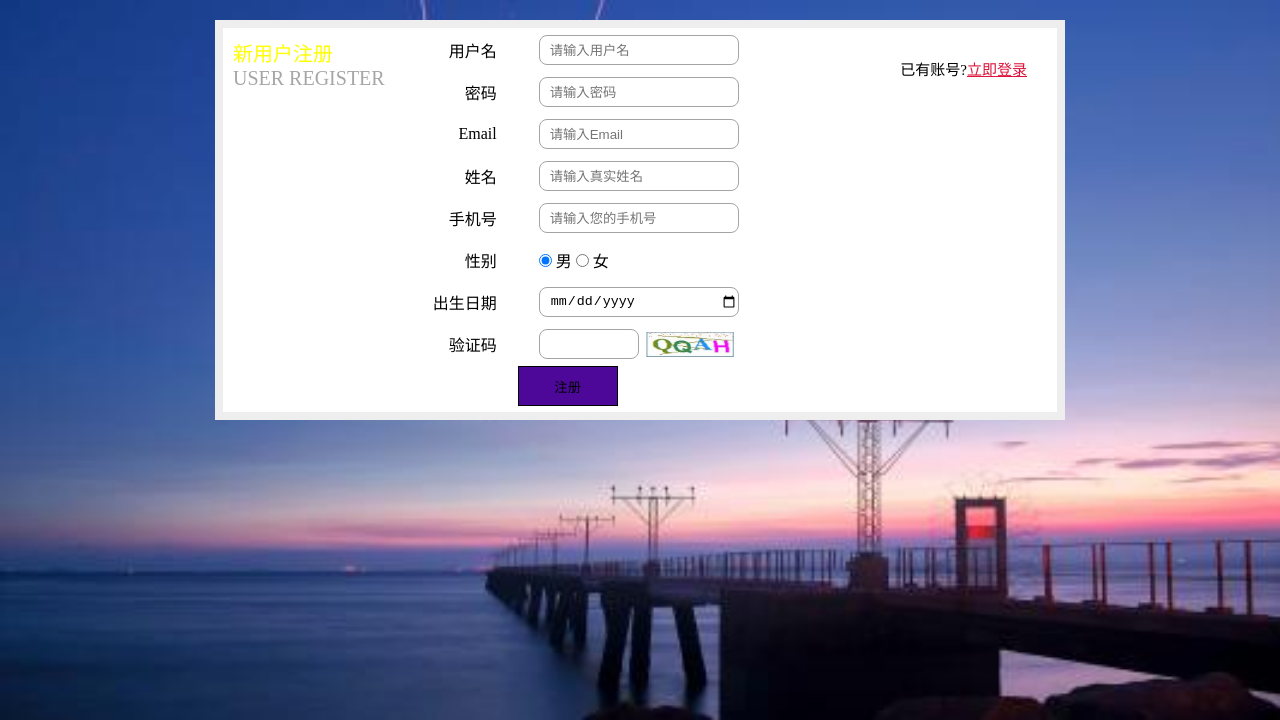
Repository: eheihaha2/whoisthespy-
Page: webDemo/WebContent/register.html
These files come from the project's save history. The page is drawn as it stood at one moment and after the next save; the edit follows.
The browser window is 1280 px wide. The pictures show the whole page.

Above is the page before, as saved 2020-02-25 07:48:31.

After the next save:
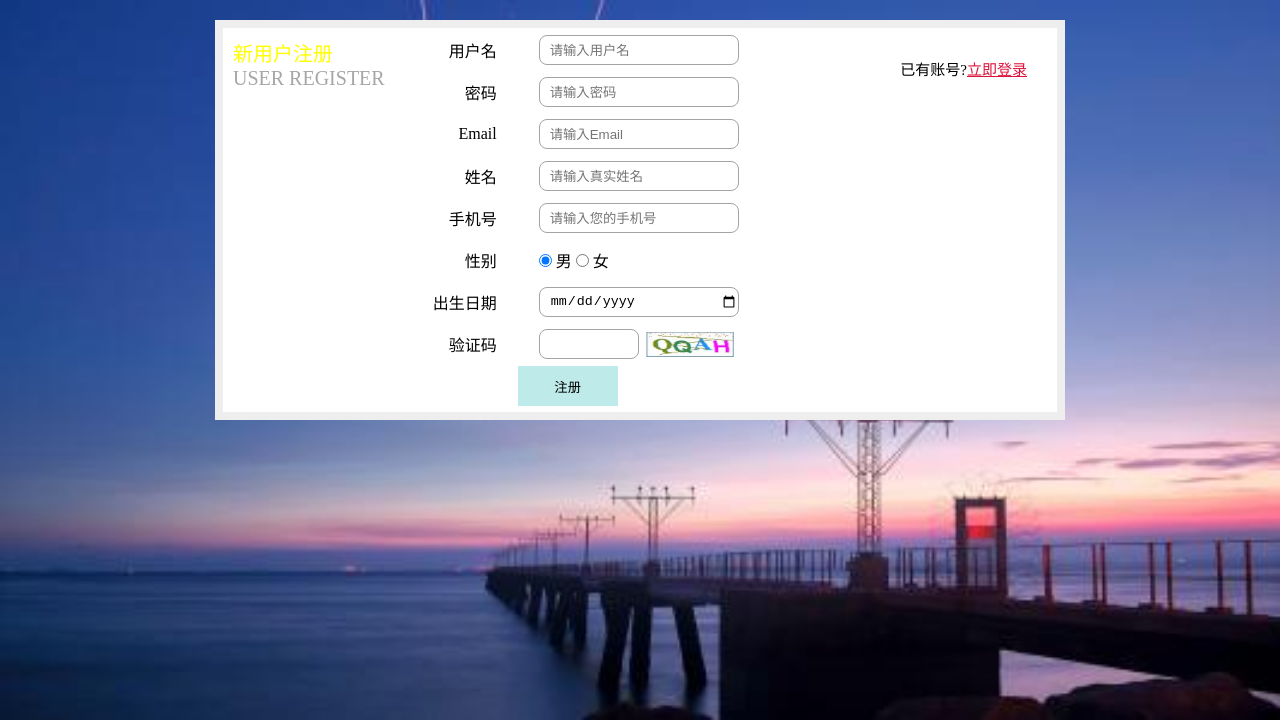
Saved 29 s later.
--- a/webDemo/WebContent/css/register.css
+++ b/webDemo/WebContent/css/register.css
@@ -93,8 +93,8 @@ body {
 }
 #btn_sub{
     /*注册按钮*/
-    background: #4d089a;
+    background: #beebe9;
     width: 100px;
     height: 40px;
-    border: 1px solid black ;
+    border: 1px solid #beebe9 ;
 }
